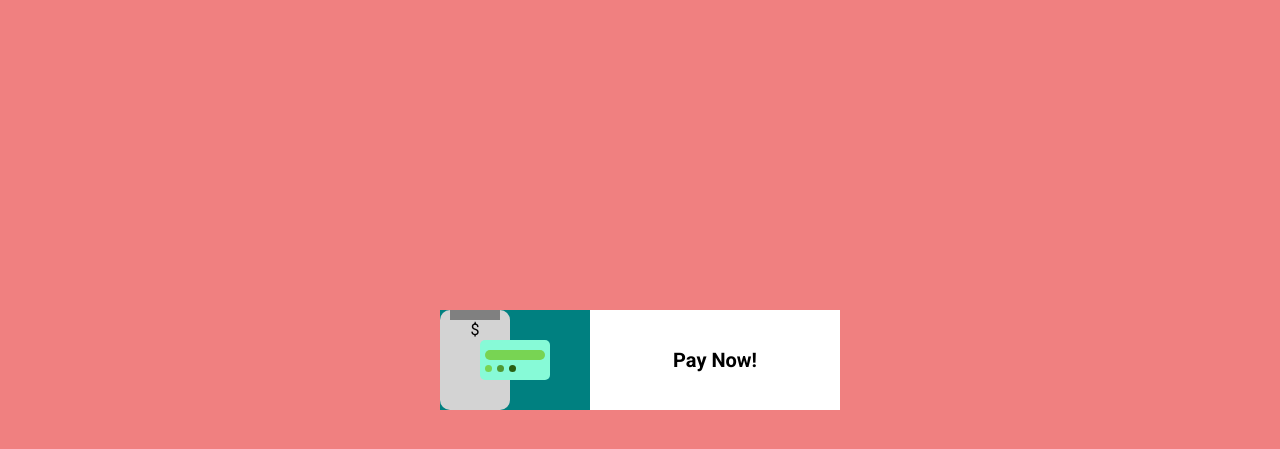
Repository: safak/animation
Page: index.html
The author's editor kept a copy of each file at every save. The page is drawn from the files as they stood at one save, then again after the next save.
The browser window is 1280 px wide. The pictures show the whole page.

Above is the page before, as saved 2020-12-19 01:07:13.

After the next save:
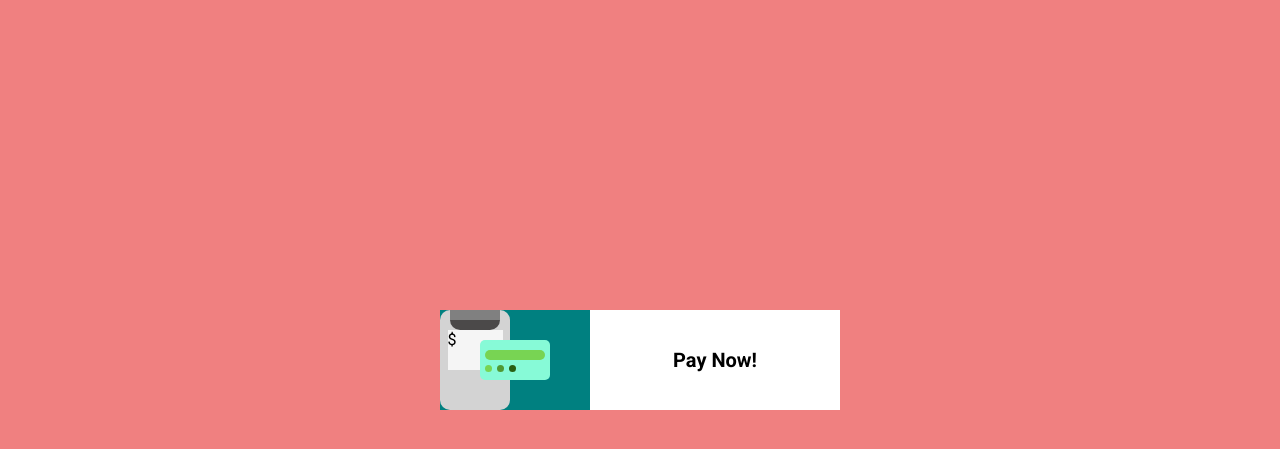
Saved 19 s later.
--- a/style.css
+++ b/style.css
@@ -92,6 +92,7 @@ body {
 }
 
 .post-line:after {
+  content: "";
   width: 50px;
   height: 10px;
   background-color: rgb(75, 73, 73);
@@ -100,12 +101,12 @@ body {
   border-radius: 0px 0px 10px 10px;
 }
 
-/* .post-screen{
+.post-screen{
   width: 55px;
   height: 40px;
   background-color: whitesmoke;
-  margin-top: 20px;
-} */
+  margin-top: 10px;
+}
 
 .text-container {
   width: 250px;
